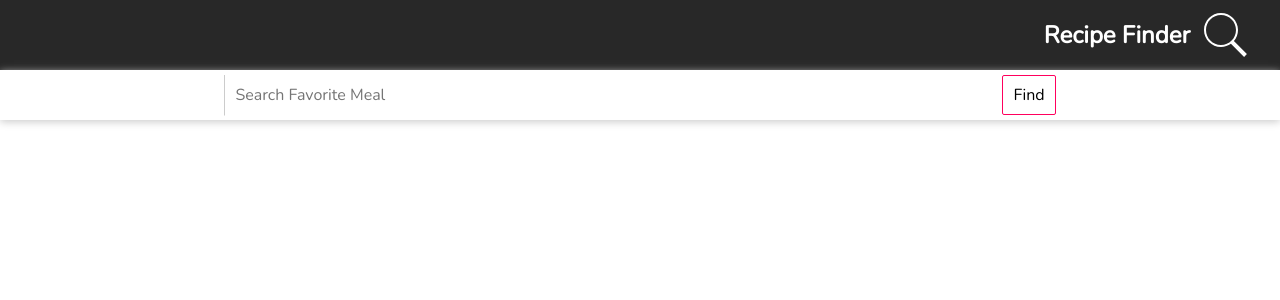
Repository: burntaftermint/recipes
Page: index.html
The author's editor kept a copy of each file at every save. The page is drawn from the files as they stood at one save, then again after the next save.
The browser window is 1280 px wide. The pictures show the whole page.
The page's requests for data from a server got no answer.

Above is the page before, as saved 2023-11-07 03:24:48.

### index.html
<!DOCTYPE html>
<html lang="en">
<head>
    <meta charset="UTF-8">
    <meta name="viewport" content="width=device-width, initial-scale=1.0">
    <title>Recipe Finder</title>
    <link rel="stylesheet" href="style.css">
    <script src="app.js" defer></script>
</head>
<body>
    <header>
        <h2>Recipe Finder</h2>
        <img src="images/search.svg" alt="Search">
    </header>
    <section class="container">
        <div id="loading"></div>
        <div class="search">
            <input id="txtSearch" type="text" placeholder="Search Favorite Meal" autofocus>
            <button class="btn">Find</button>
        </div>
        <div id="recipe-container">

</div>
    </section>
</body>
</html>

### style.css
@import url('https://fonts.googleapis.com/css2?family=Architects+Daughter&family=Kumbh+Sans:wght@400;700&family=Montserrat:ital,wght@0,100;0,200;0,300;0,400;0,500;0,600;0,700;0,800;0,900;1,100;1,200;1,300;1,400;1,500;1,600;1,700;1,800;1,900&family=Nunito&family=Roboto:wght@300&family=Rubik:wght@400;500;600;700;800&display=swap');
:root {
    --light-color: #fff;
    --dark-color: #282828;
    --header-height: 70px;
    --search-height: 50px;
    --border-color: #ccc;
}
* {
    margin: 0;
    padding: 0;
    box-sizing: border-box;
    font-family: 'Nunito', sans-serif;
}

body {
    height: 100vh;
    width: 100vw;
    background: var(--light-color);
    overflow: hidden;
}

.container {
    text-align: center;
    height: calc(100vh - var(--header-height));
}

header {
    height: var(--header-height);
    background: var(--dark-color);
    display: flex;
    align-items: center;
    justify-content: flex-end;
    color: var(--light-color);
    gap: 10px;
    padding-right: 30px;
}

header img {
    filter: invert(1);
}

.search {
    display: flex;
    justify-content: center;
    align-items: center;
    height: var(--search-height);
    gap: 10px;
    box-shadow: 0px 2px 8px 0px var(--border-color);
}

.search input[type="text"] {
    padding: 8px 10px;
    line-height: 1.5;
    font-size: 1rem;
    border: none;
    border-left: 1px solid var(--border-color);
    border-bottom: 1px solid transparent;
    outline: none;
    transition: all 200ms ease-in-out;
    width: 60%;

}

.search input[type="text"] :focus {
    border-left-color: transparent;
    border-bottom-color: var(--border-color);
    width: 61%;
}

.btn {
    padding: 8px 10px;
    background: transparent;
    border-radius: 2px;
    user-select: none;
    font-size: 1rem;
    border: 1px solid #ff005d;
    cursor: pointer;
}

.btn:hover {
    background: #ff005d;
    border-color: var(--light-color);
}

#recipe-container {
    display: flex;
    justify-content: center;
    align-items: flex-start;
    flex-wrap: wrap;
    height: calc(100vh - (var(--header-height) + var(--search-height) + 20px));
    overflow: hidden;
    overflow-y: auto;
}

.recipe {
    height: 300px;
    width: 300px;
    padding: 8px;
    box-shadow: 0px 0px 8px 2px var(--border-color);
    margin: 20px;
    transition: all 200ms ease-in-out;
    border-radius: 4px 4px 0px 0px;
}

.recipe-title {
    height: 70px;
    display: flex;
    align-items: center;
    justify-content: center;
    font-size: 1rem;
    padding: 5px;
}

.recipe-image {
    height: 210px;
}

.recipe-image img {
    height: 100%;
    width: 100%;
}

.recipe-text {
    height: 0px;
    visibility: hidden;
    opacity: 0;
    transition: all 200ms ease-in-out;
    background: #ccc;
    margin-top: 20px;
    overflow: hidden;
    overflow-y: auto;
    transform: scale(.8);
    transform-origin: top left;
}

.recipe-text ul {
    list-style-type: circle;
    list-style-position: inside;
    text-align: left;
    padding: 5px;
}

.recipe-text ul > li {
    padding: 5px;
}

.recipe:hover .recipe-text {
    height: 120px;
    visibility: visible;
    opacity: 1;
    transform: scale(1);
}

.recipe:hover{
    height: 440px;
}

::selection {
    color: var(--light-color);
    background: rgb(177, 33, 249);
}

#loading {
    background: url(images/Spinnercolor.gif) no-repeat center center;
    position: absolute;
    width: 100%;
    height: 100%;
    z-index: 999;
}

.hide {
    display: none;
}

@media only screen and (max-width: 700px) {
    body{
        background: rgb(255, 240, 207);
    }
}

### app.js
const appId = "4b9421ae";
const appKey = "bbff63d7d53d545896d77f31eca36816";
const baseUrl = `https://api.edamam.com/api/recipes/v2?type=public&app_id=${appId}&app_key=${appKey}`;
const recipeContainer = document.querySelector("#recipe-container");
const txtSearch = document.querySelector("#txtSearch");
const btnFind = document.querySelector(".btn");
const loadingEle = document.querySelector("#loading");

btnFind.addEventListener("click", () => loadRecipes(txtSearch.value));

txtSearch.addEventListener("keyup", (e) => {
    const inputVal = txtSearch.value;
    if (e.keyCode === 13) {
        loadRecipes(inputVal);
    }
});

const toggleLoad = (element, isShow) => {
    element.classList.toggle("hide", isShow);
}
const setScrollPosition = () => {
    recipeContainer.scrollTo({ top:0, behavior: "smooth" });
}
function loadRecipes(type="panner") {
    toggleLoad(loadingEle, false)
    const url=baseUrl+ `&q=${type}`;
    fetch(url)
    .then((res) => res.json())
    .then((data) => {
        renderRecipes(data.hits);
        toggleLoad(loadingEle, true);
    })
    .catch((error) => toggleLoad(loadingEle, true))
    .finally(() => setScrollPosition());
}
loadRecipes();

const getRecipeStepsStr = (ingredientLines = []) => {
    let str = "";
    for(var step of ingredientLines) {
        str = str + `<li>${step}</li>`;
    }
    return str;
};

const renderRecipes = (recipeList=[]) => {
    recipeContainer.innerHTML = "";
    recipeList.forEach((recipeObj) => {
            const {
                label: recipeTitle,
                 ingredientLines,
                  image:recipeImage
                } = recipeObj.recipe;
                const recipeStepsStr = getRecipeStepsStr(ingredientLines);
        const htmlStr = `<div class="recipe">
                <div class="recipe-title">${recipeTitle}</div>
                <div class="recipe-image">
                    <img src="${recipeImage}" alt="Recipe">
                </div>


        <div class="recipe-text">
            <ul>
                ${recipeStepsStr}
            </ul>
        </div>
    </div>`;
    recipeContainer.insertAdjacentHTML("beforeend", htmlStr);
    })
}

After the next save:
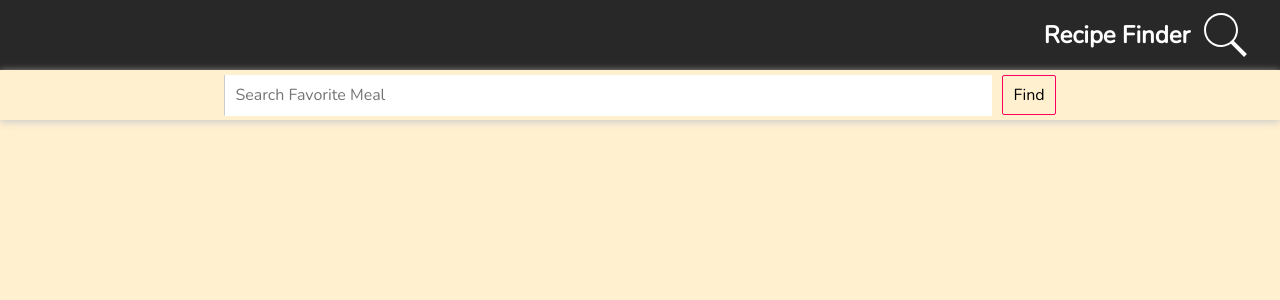
Saved 73 s later.
--- a/style.css
+++ b/style.css
@@ -16,7 +16,7 @@
 body {
     height: 100vh;
     width: 100vw;
-    background: var(--light-color);
+    background: rgb(255, 240, 207);
     overflow: hidden;
 }
 
